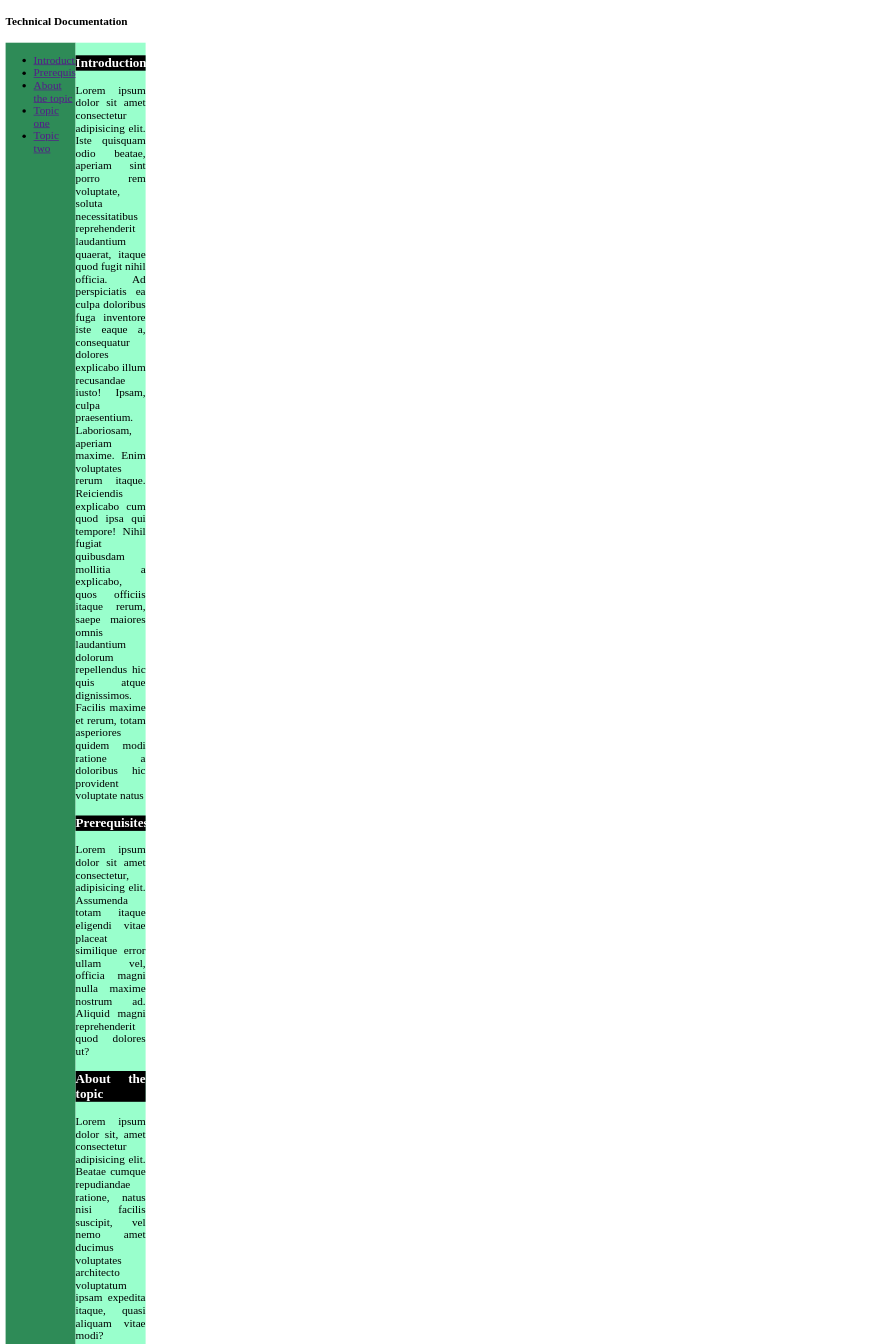
Repository: JoaoLemesDEV/Excercise-Tech-Documentation-Page
Page: index.html
An editor plug-in stored every save of this project. The page is shown before and after a run of saves, followed by the edit.
The browser window is 1280 px wide. The pictures show the part of the page from y = 0 to 1920 px (the page is 2690 px tall), at 70% of full size.

Above is the page before, as saved 2021-10-03 21:26:18.

### index.html
<!DOCTYPE html>
<html lang="en">
  <head>
    <meta charset="UTF-8" />
    <meta http-equiv="X-UA-Compatible" content="IE=edge" />
    <meta name="viewport" content="width=device-width, initial-scale=1.0" />
    <title>Technical Documentaion</title>
    <link rel="stylesheet" href="index.css" />
  </head>
  <body>
    <header><h4>Technical Documentation</h4></header>
    <div class="wrapper">
      <aside>
        <nav>
          <ul>
            <li><a href="">Introduction</a></li>
            <li><a href="">Prerequisites</a></li>
            <li><a href="">About the topic</a></li>
            <li><a href="">Topic one</a></li>
            <li><a href="">Topic two</a></li>
          </ul>
        </nav>
      </aside>
      <div id="contents">
        <section id="introduction">
          <h3 style="background: black; color: white">Introduction</h3>
          <p>
            Lorem ipsum dolor sit amet consectetur adipisicing elit. Iste
            quisquam odio beatae, aperiam sint porro rem voluptate, soluta
            necessitatibus reprehenderit laudantium quaerat, itaque quod fugit
            nihil officia. Ad perspiciatis ea culpa doloribus fuga inventore
            iste eaque a, consequatur dolores explicabo illum recusandae iusto!
            Ipsam, culpa praesentium. Laboriosam, aperiam maxime. Enim
            voluptates rerum itaque. Reiciendis explicabo cum quod ipsa qui
            tempore! Nihil fugiat quibusdam mollitia a explicabo, quos officiis
            itaque rerum, saepe maiores omnis laudantium dolorum repellendus hic
            quis atque dignissimos. Facilis maxime et rerum, totam asperiores
            quidem modi ratione a doloribus hic provident voluptate natus
          </p>
        </section>
        <section id="Prerequisites">
          <h3 style="background: black; color: white">Prerequisites</h3>
          <p>
            Lorem ipsum dolor sit amet consectetur, adipisicing elit. Assumenda
            totam itaque eligendi vitae placeat similique error ullam vel,
            officia magni nulla maxime nostrum ad. Aliquid magni reprehenderit
            quod dolores ut?
          </p>
        </section>
        <section id="about the topic">
          <h3 style="background: black; color: white">About the topic</h3>
          <p>
            Lorem ipsum dolor sit, amet consectetur adipisicing elit. Beatae
            cumque repudiandae ratione, natus nisi facilis suscipit, vel nemo
            amet ducimus voluptates architecto voluptatum ipsam expedita itaque,
            quasi aliquam vitae modi?
          </p>
        </section>
        <section id="topic one">
          <h3 style="background: black; color: white">Topic one</h3>
          <p>
            Lorem ipsum dolor sit, amet consectetur adipisicing elit.
            Consectetur modi quidem minima, reprehenderit autem itaque, in
            voluptas laudantium quam ratione animi fuga voluptatum aut beatae
            dolorem velit soluta? Amet, quo.
          </p>
        </section>
        <section id="topic two">
          <h3 style="background: black; color: white">Topic two</h3>
          <p>
            Lorem ipsum dolor sit amet consectetur adipisicing elit. Quia,
            possimus fugit deleniti, maiores asperiores non dolores optio magnam
            aspernatur amet dolore ipsum in quaerat assumenda neque totam sunt
            odit dolorum.
          </p>
        </section>
      </div>
    </div>
  </body>
</html>

### index.css
.wrapper {
    display: grid;
    grid-template-columns: 100px 100px 200px;
    //grid-template-rows: 150px 150px;
}

aside{
background-color: seagreen;
grid-row-start: 1;
grid-row-end: 2;
}

#contents{
  background-color: cadetblue;
	background: #9FC;
  text-align: justify;
  grid-row-start: 1;
  grid-row-end: 2;
}

After the next 4 saves:
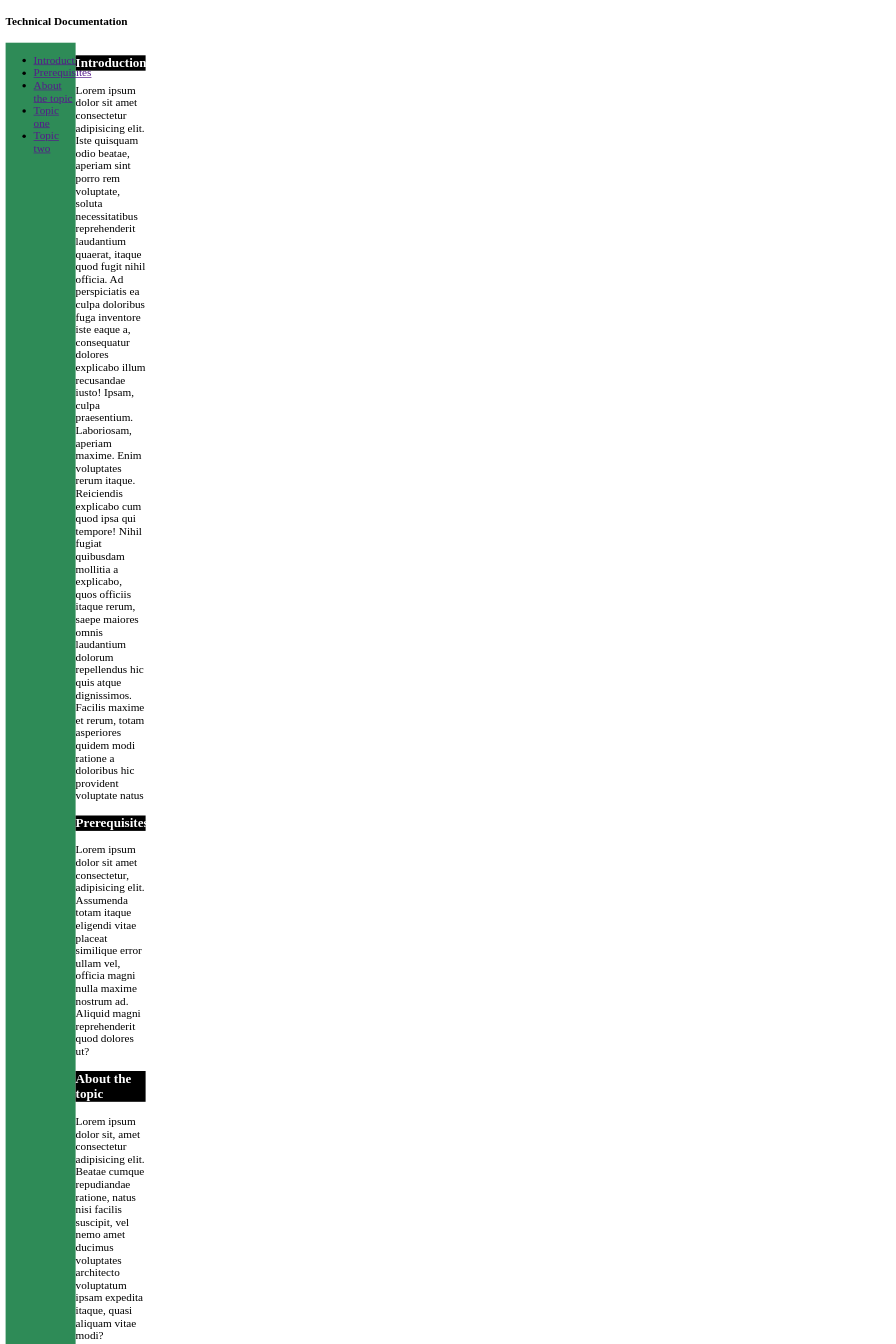
The 4 saves are shown as one change because they came seconds apart.
The last was saved 17 s later.
--- a/index.html
+++ b/index.html
@@ -21,7 +21,7 @@
           </ul>
         </nav>
       </aside>
-      <div id="contents">
+      <main>
         <section id="introduction">
           <h3 style="background: black; color: white">Introduction</h3>
           <p>

After the 2 saves that followed:
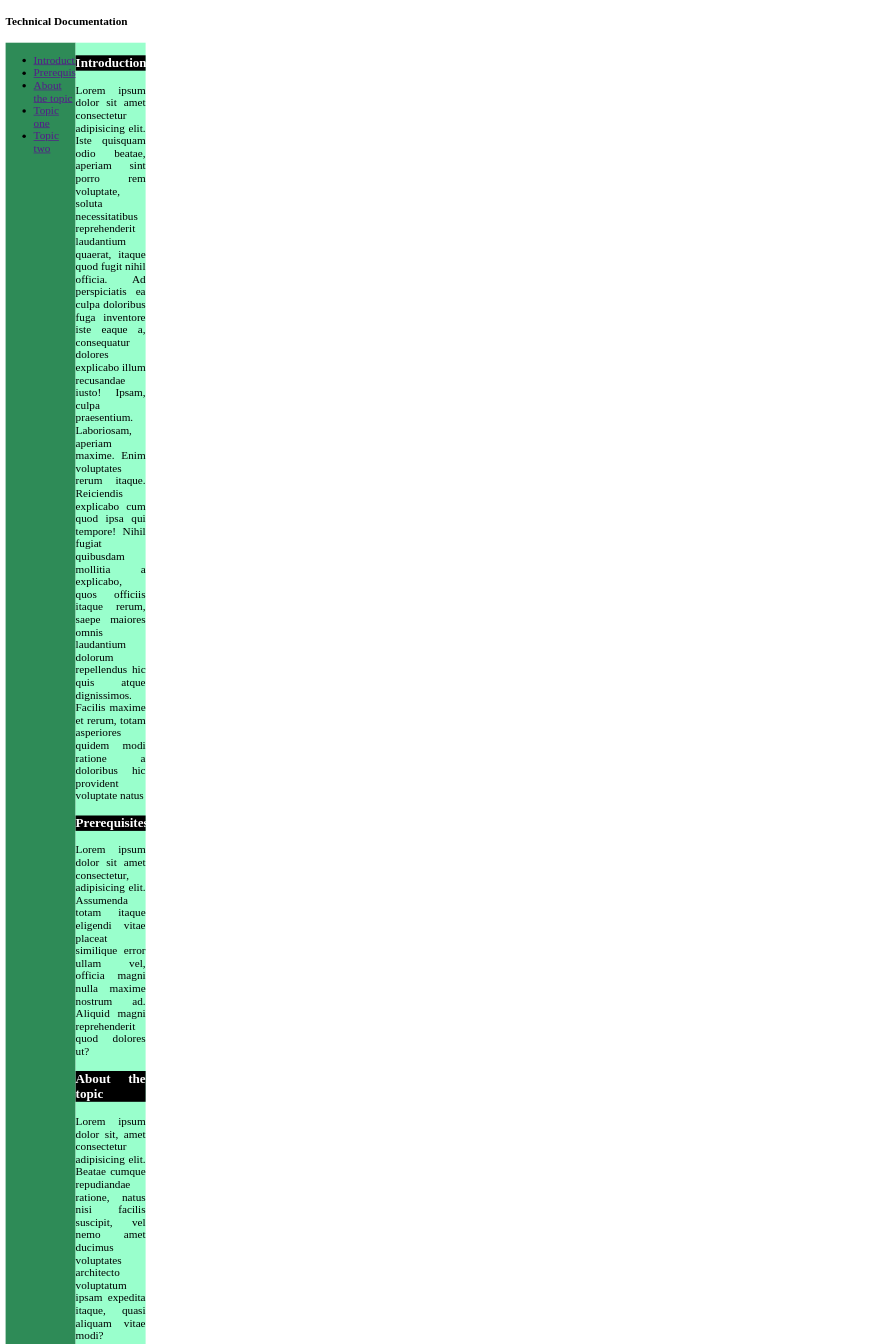
The 2 saves are shown as one change because 1 left the picture as it was.
The last was saved 36 s later.
--- a/index.html
+++ b/index.html
@@ -74,7 +74,7 @@
             odit dolorum.
           </p>
         </section>
-      </div>
+      </main>
     </div>
   </body>
 </html>
--- a/index.css
+++ b/index.css
@@ -10,7 +10,7 @@ grid-row-start: 1;
 grid-row-end: 2;
 }
 
-#contents{
+main{
   background-color: cadetblue;
 	background: #9FC;
   text-align: justify;
